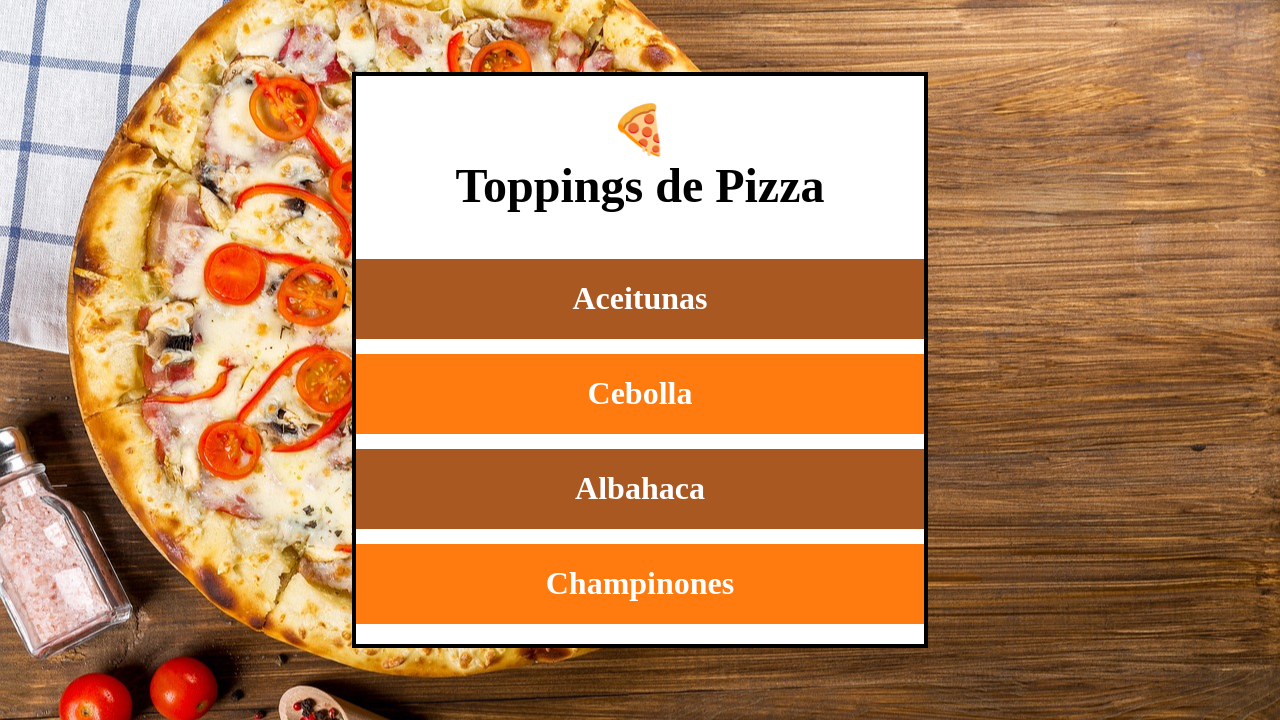
Repository: JoyMoGas/javascript-learn
Page: toppings-de-pizza/index.html
These files come from the project's save history. The page is drawn as it stood at one moment and after the next save; the edit follows.
The browser window is 1280 px wide. The pictures show the whole page.

Above is the page before, as saved 2024-05-07 17:26:15.

After the next save:
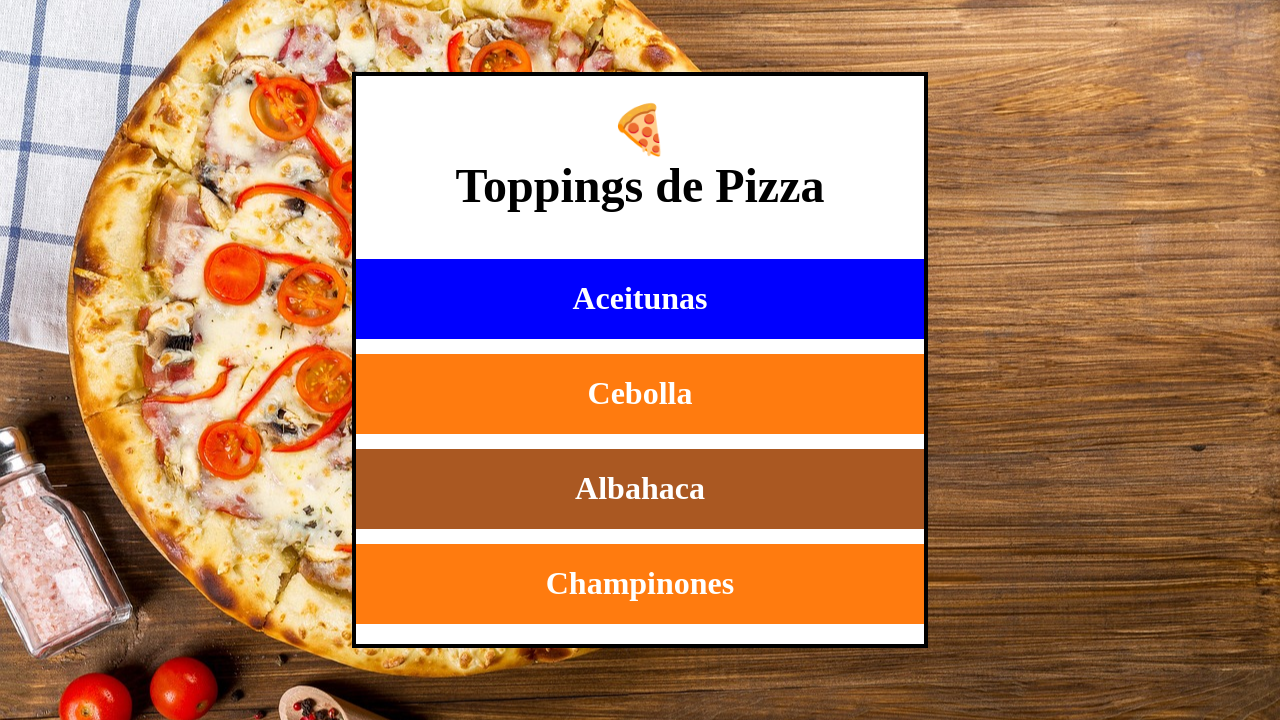
Saved 93 s later.
--- a/toppings-de-pizza/app.js
+++ b/toppings-de-pizza/app.js
@@ -1,3 +1,4 @@
 const primerTopping = document.querySelector('.topping');
 
-console.log(primerTopping.style);
+// console.log(primerTopping.style);
+primerTopping.style.backgroundColor = 'blue'
